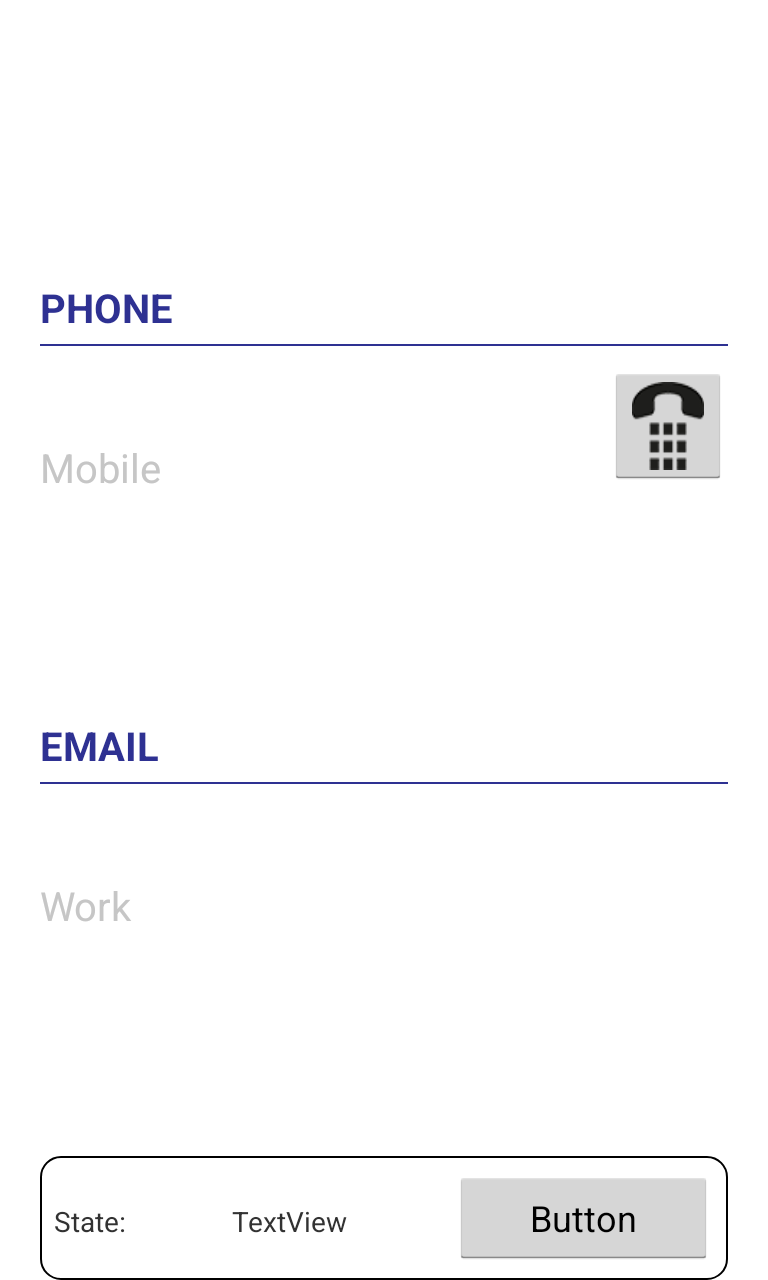
Repository: GitDidNotExitCleanly/FaceLabel
Layout: FaceLabel/res/layout/fragment_member_display.xml
An editor plug-in stored every save of this project. The layout is shown before and after the next save, followed by the edit.
It is drawn on a 768 x 1280 px phone screen (xhdpi) without system bars, with theme AppTheme; the app's code is not run.

Above is the layout before, as saved 2015-05-12 17:05:45.

After the next save:
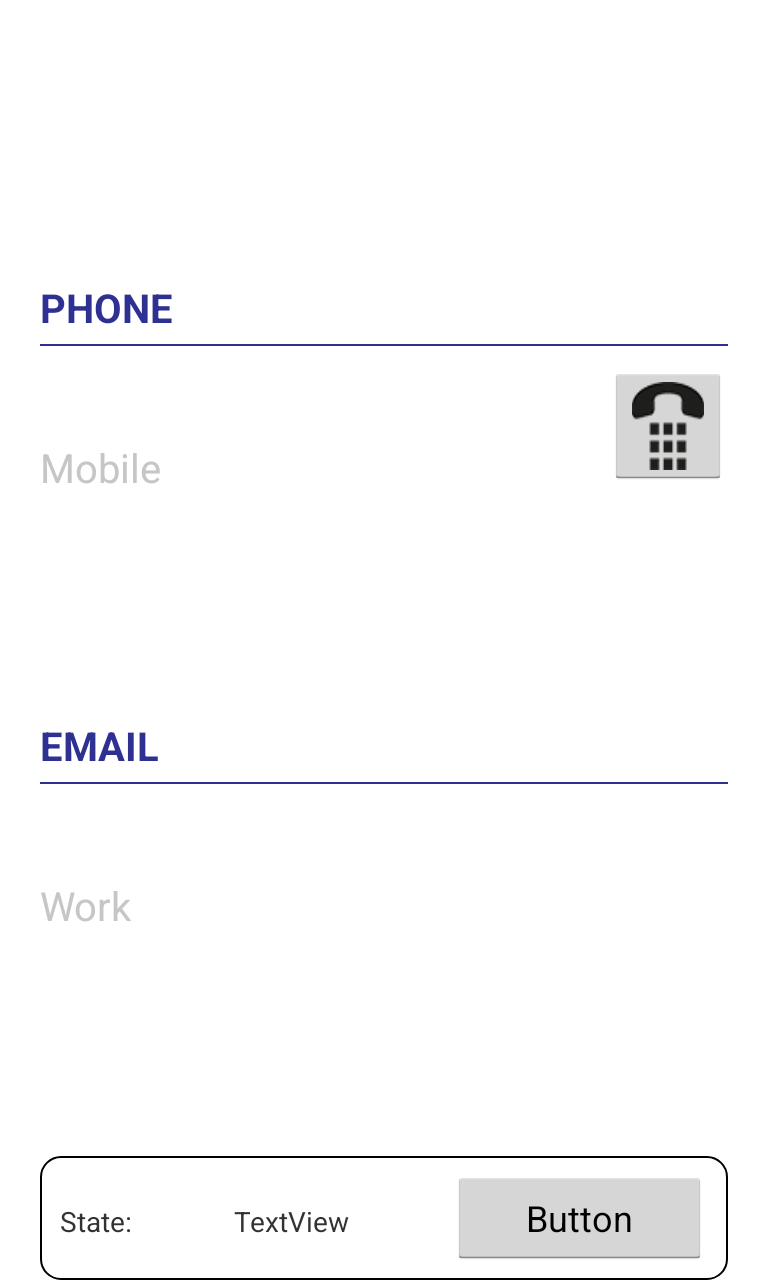
Saved 32 s later.
--- a/FaceLabel/res/layout/fragment_member_display.xml
+++ b/FaceLabel/res/layout/fragment_member_display.xml
@@ -139,6 +139,8 @@
     <LinearLayout
         android:layout_width="match_parent"
         android:layout_height="wrap_content"
+        android:paddingLeft="10dp"
+        android:paddingRight="10dp"
         android:background="@drawable/group_list_background" >
 
         <TextView
